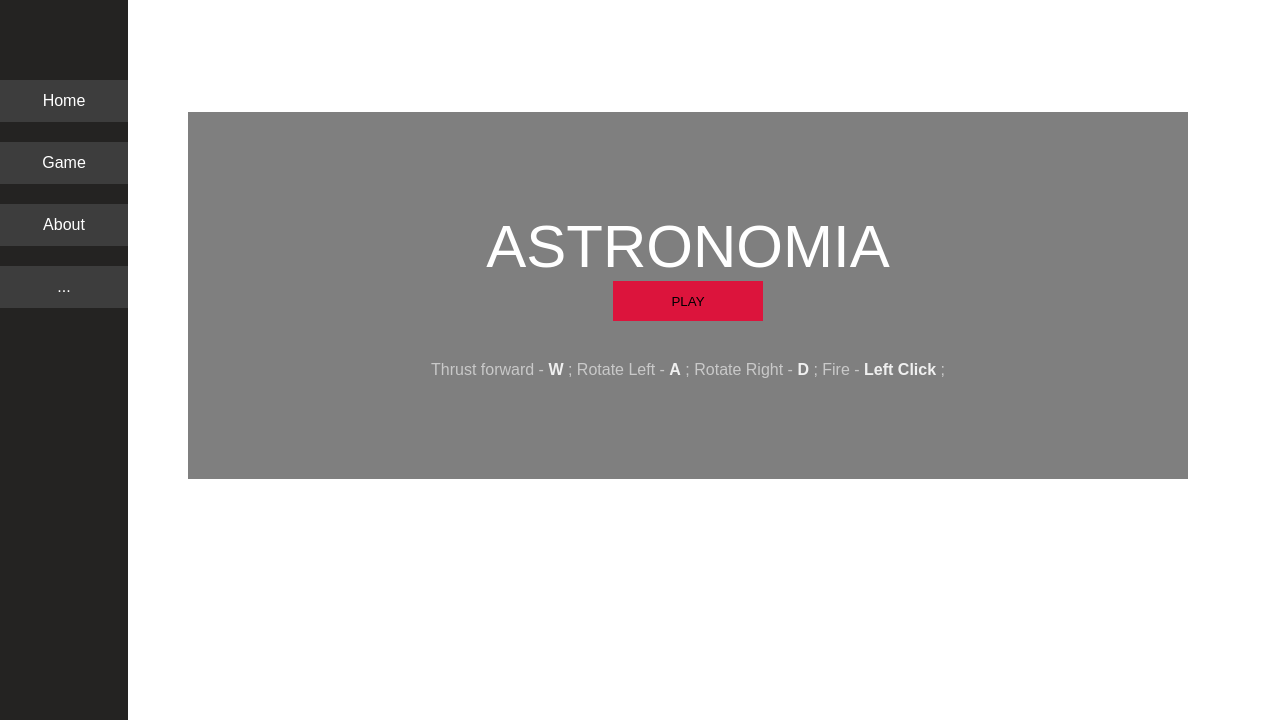
Repository: LaukiniXs/astronomia
Page: index.html
The author's editor kept a copy of each file at every save. The page is drawn from the files as they stood at one save, then again after the next save.
The browser window is 1280 px wide. The pictures show the whole page.

Above is the page before, as saved 2020-05-18 13:57:38.
Not found: index.ts

After the next save:
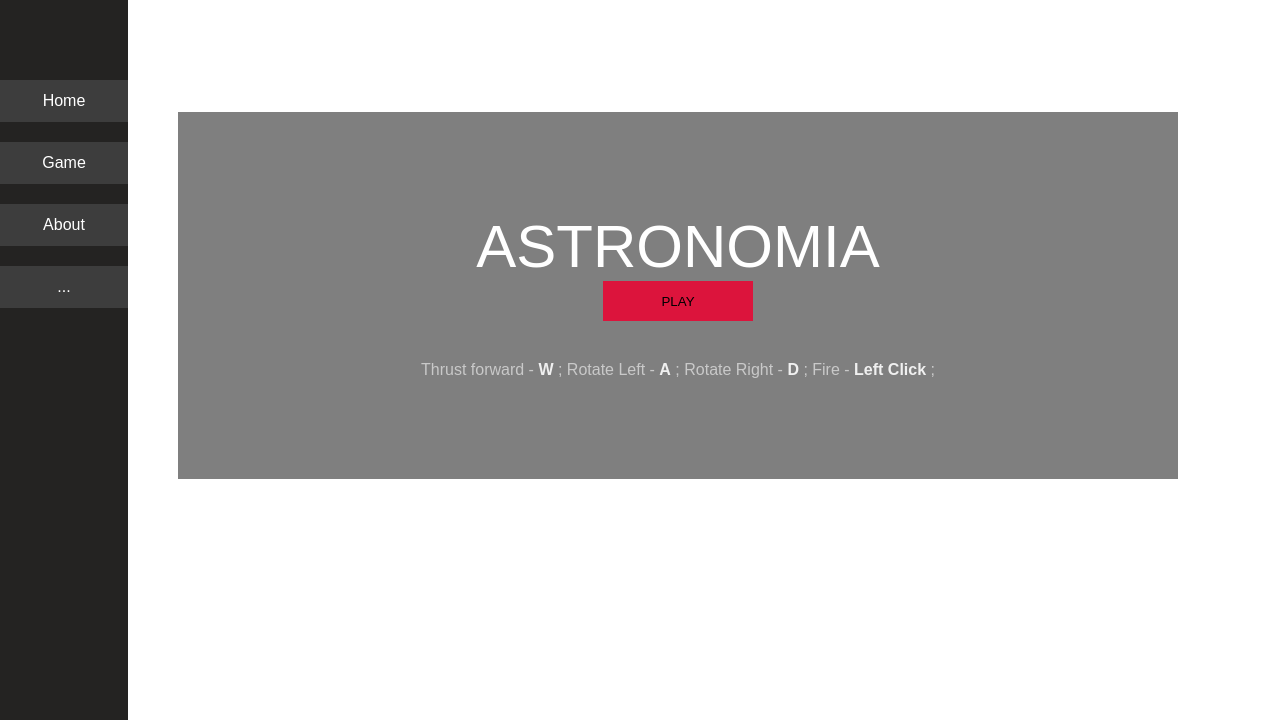
Saved 7 s later.
--- a/style.css
+++ b/style.css
@@ -107,7 +107,6 @@
 }
 #gamediv{
   margin-top: 12px;
-  margin-left: 10px;
   float: left;
 }
 #log{
